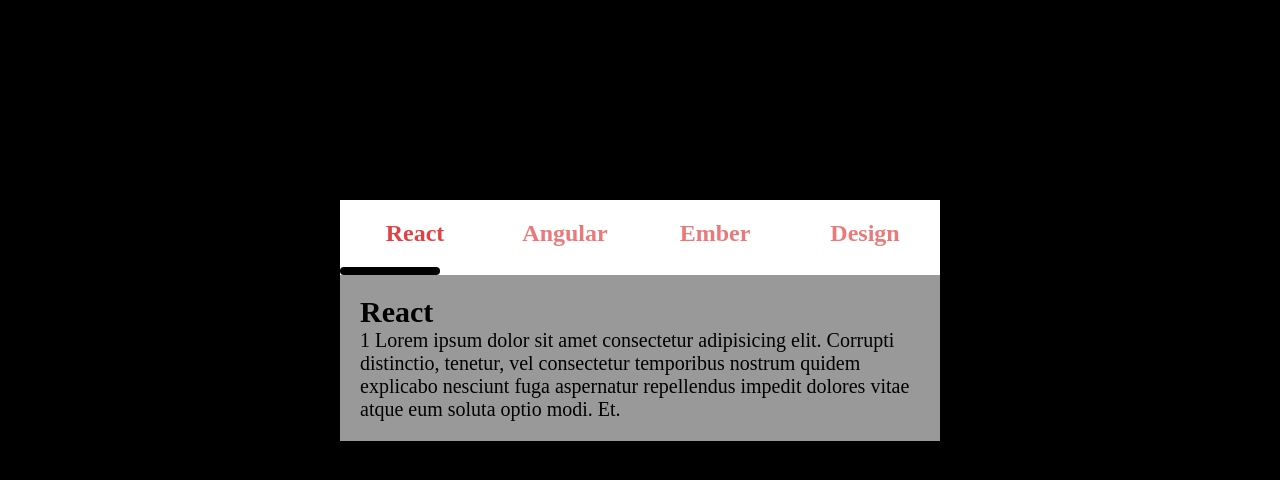
Repository: PCTai/javascript-coban
Page: tab UI/index.html
The author's editor kept a copy of each file at every save. The page is drawn from the files as they stood at one save, then again after the next save.
The browser window is 1280 px wide. The pictures show the whole page.
The pointer rests on the first visible `.tab-item`.

Above is the page before, as saved 2022-02-10 09:09:01.

After the next save:
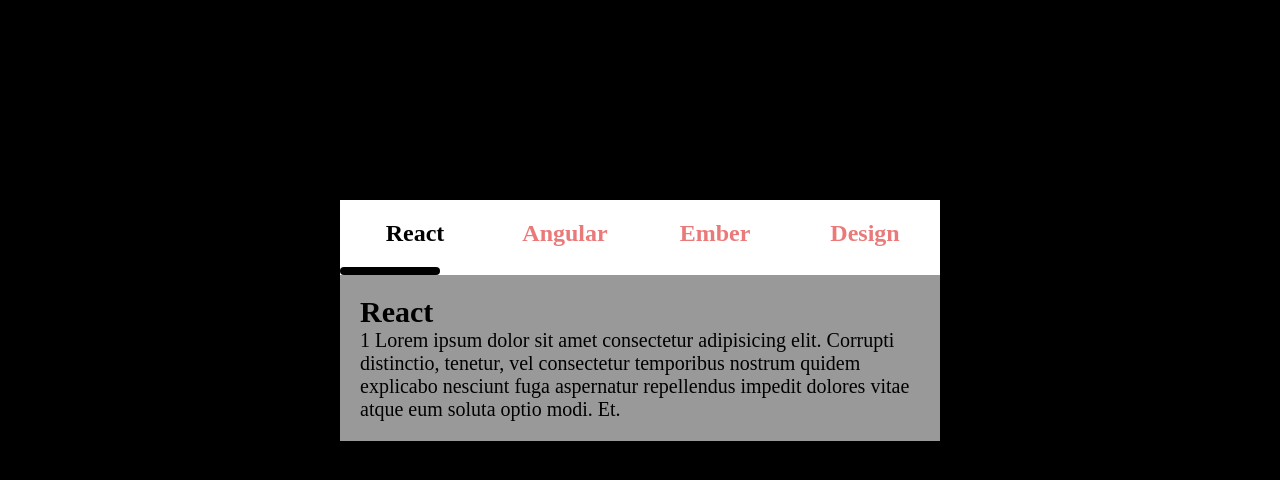
Saved 42 s later.
--- a/tab UI/style.css
+++ b/tab UI/style.css
@@ -25,6 +25,9 @@
     font-weight: bold;
     color: rgb(226, 65, 65);
 }
+.tab-item:hover{
+    color: #000;
+}
 .tab-line{
     width: 100px;
     height: 8px;

After the 2 saves that followed:
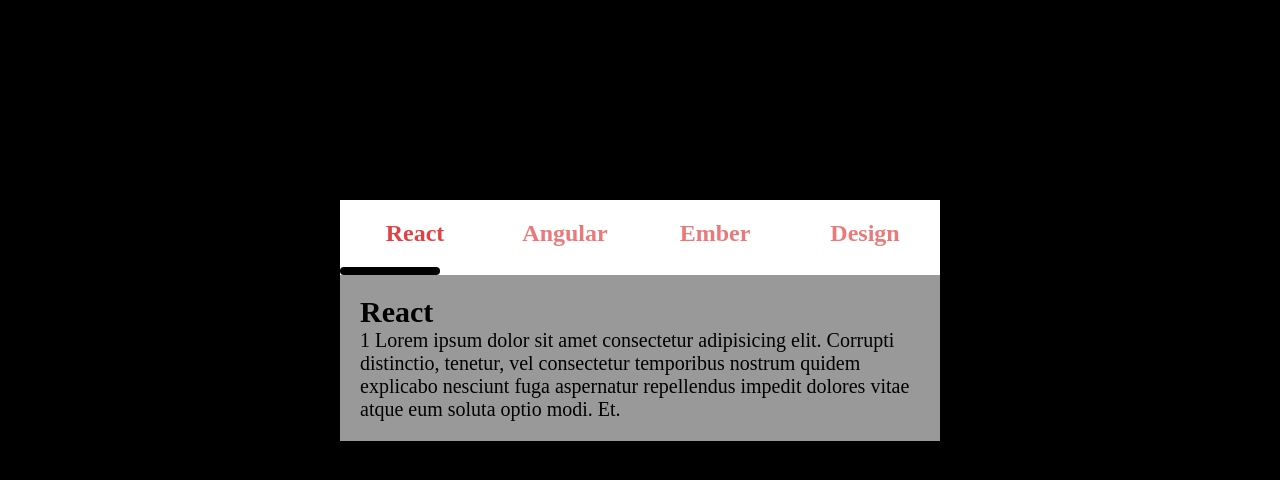
The 2 saves are shown as one change because 1 left the picture as it was.
The last was saved 55 s later.
--- a/tab UI/style.css
+++ b/tab UI/style.css
@@ -26,7 +26,7 @@
     color: rgb(226, 65, 65);
 }
 .tab-item:hover{
-    color: #000;
+    opacity: 100%;
 }
 .tab-line{
     width: 100px;
